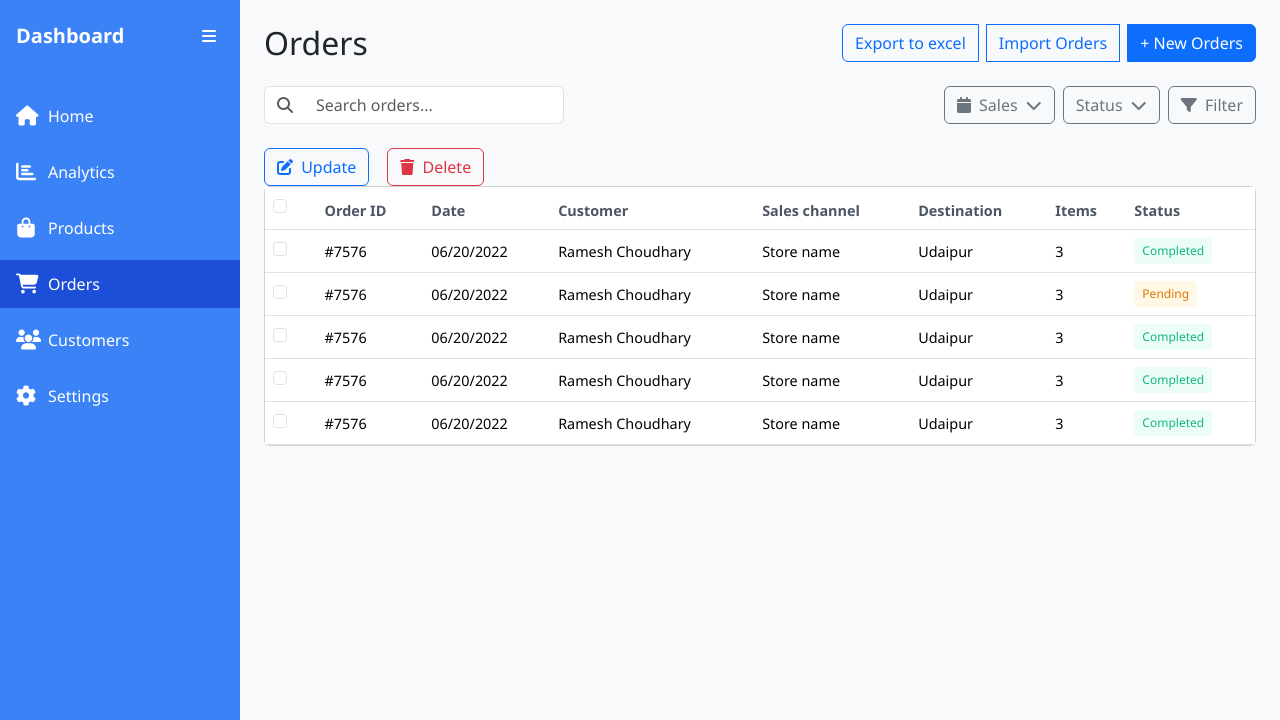
Repository: AditiAjitSalvi/Inventory_Managment
Page: Inventory_Managment_System/Inventory/src/main/webapp/Order.html
An editor plug-in stored every save of this project. The page is shown before and after the next save, followed by the edit.
The browser window is 1280 px wide. The pictures show the whole page.

Above is the page before, as saved 2025-05-22 16:07:41.
Console error: TypeError: Cannot read properties of null (reading 'getContext')

### Inventory_Managment_System/Inventory/src/main/webapp/Order.html

<!DOCTYPE html>
<html lang="en">
<head>
<meta charset="UTF-8">
<meta name="viewport" content="width=device-width, initial-scale=1.0">
<title>Orders</title>
<!-- Bootstrap CSS -->
<link
	href="https://cdn.jsdelivr.net/npm/bootstrap@5.3.2/dist/css/bootstrap.min.css"
	rel="stylesheet">
<!-- Font Awesome for icons -->
<link rel="stylesheet"
	href="https://cdnjs.cloudflare.com/ajax/libs/font-awesome/6.4.2/css/all.min.css">
<!-- Custom CSS -->
<style>
/* Main Layout */
body {
	margin: 0;
	padding: 0;
	background-color: #f8f9fa;
	font-family: 'Segoe UI', Tahoma, Geneva, Verdana, sans-serif;
}

.dashboard-container {
	display: flex;
	min-height: 100vh;
}

/* Sidebar Styles */
.sidebar {
	width: 240px;
	background-color: #3b82f6; /* Blue 600 equivalent */
	color: white;
	transition: all 0.3s ease-in-out;
	display: flex;
	flex-direction: column;
}

.sidebar.collapsed {
	width: 64px;
}

.sidebar-header {
	display: flex;
	justify-content: space-between;
	align-items: center;
	padding: 16px;
}

.sidebar-title {
	font-size: 1.25rem;
	font-weight: bold;
	margin: 0;
}

.sidebar-toggle {
	background: transparent;
	border: none;
	color: white;
	cursor: pointer;
	padding: 8px;
}

.sidebar-toggle:hover {
	background-color: rgba(255, 255, 255, 0.1);
	border-radius: 4px;
}

.sidebar-menu {
	display: flex;
	flex-direction: column;
	padding-top: 16px;
}

.sidebar-link {
	display: flex;
	align-items: center;
	padding: 12px 16px;
	text-decoration: none;
	color: white;
	margin: 4px 0;
	transition: background-color 0.2s;
}

.sidebar-link:hover {
	background-color: #2563eb; /* Blue 700 equivalent */
	color: white;
}

.sidebar-link.active {
	background-color: #1d4ed8; /* Blue 800 equivalent */
	color: white;
}

.sidebar-link i {
	font-size: 1.25rem;
	width: 20px;
	text-align: center;
}

.sidebar-link .link-text {
	margin-left: 12px;
	white-space: nowrap;
}

.sidebar.collapsed .sidebar-title, .sidebar.collapsed .link-text {
	display: none;
}

/* Main Content */
.main-content {
	flex: 1;
	padding: 24px;
	overflow-y: auto;
}

/* Stat Cards */
.stat-card {
	border-radius: 8px;
	border: 1px solid rgba(0, 0, 0, 0.125);
	box-shadow: 0 1px 3px rgba(0, 0, 0, 0.1);
}

.stat-icon {
	font-size: 1.25rem;
	color: #6b7280; /* Text muted equivalent */
}

.stat-title {
	font-size: 0.875rem;
	color: #6b7280; /* Text muted equivalent */
	margin-bottom: 4px;
}

.stat-value {
	font-size: 1.5rem;
	font-weight: bold;
	margin: 0;
}

/* Chart Container */
.chart-container {
	height: 320px;
	width: 100%;
}

/* Product Visualization */
.product-visualization {
	height: 256px;
	background-color: #312e81; /* Indigo 950 equivalent */
	border-radius: 50%;
}

/* Status Badges */
.status {
	padding: 4px 8px;
	border-radius: 4px;
	font-size: 0.75rem;
	font-weight: 500;
	display: inline-block;
	text-align: center;
}

.status.pending {
	background-color: #fff8e6;
	color: #d97706; /* Amber 500 equivalent */
}

.status.urgent {
	background-color: #fef2f2;
	color: #ef4444; /* Red 500 equivalent */
}

.status.completed {
	background-color: #ecfdf5;
	color: #10b981; /* Green 500 equivalent */
}

/* Orders Page Styles */
.orders-container {
	max-width: 100%;
	margin: 0 auto;
}

.search-wrapper {
	width: 300px;
}

.order-table {
	font-size: 0.9rem;
}

.order-table th {
	font-weight: 600;
	color: #4b5563;
	border-bottom-width: 1px;
}

.order-table td {
	vertical-align: middle;
}

.order-table .form-check {
	margin: 2;
}

/* Responsive Adjustments */
@media ( max-width : 768px) {
	.sidebar {
		width: 64px;
	}
	.sidebar .sidebar-title, .sidebar .link-text {
		display: none;
	}
	.main-content {
		padding: 16px;
	}
	.orders-container .btn-group {
		display: flex;
		flex-direction: column;
	}
	.orders-container .btn-group .btn {
		margin-bottom: 8px;
		margin-right: 0 !important;
	}
	.search-wrapper {
		width: 100%;
		margin-bottom: 16px;
	}
}
.action-buttons {
    position: absolute; right: 20px;    top: 150px; display: flex;    gap: 10px;
}
@media ( max-width : 992px) {
	.orders-container .d-flex {
		flex-direction: column;
	}
	.orders-container .d-flex .btn {
		margin-bottom: 8px;
	}
}
.card:hover {
  transform: translateY(-5px);
  box-shadow: 0 10px 20px rgba(0, 0, 0, 0.1);
  transition: 0.3s ease;
}

</style>
</head>
<body>
	<div class="dashboard-container">
		<!-- Sidebar -->
		<div class="sidebar" id="sidebar">
			<div class="sidebar-header">
				<h2 class="sidebar-title">Dashboard</h2>
				<button class="btn sidebar-toggle" id="sidebarToggle">
					<i class="fa fa-bars"></i>
				</button>
			</div>
			<div class="sidebar-menu">
				<a href="index.html" class="sidebar-link"> <i class="fa fa-home"></i>
					<span class="link-text">Home</span>
				</a> <a href="#" class="sidebar-link"> <i class="fa fa-chart-bar"></i>
					<span class="link-text">Analytics</span>
				</a> <a href="#" class="sidebar-link"> <i class="fa fa-shopping-bag"></i>
					<span class="link-text">Products</span>
				</a> <a href="orders.html" class="sidebar-link active"> <i
					class="fa fa-shopping-cart"></i> <span class="link-text">Orders</span>
				</a> <a href="#" class="sidebar-link"> <i class="fa fa-users"></i> <span
					class="link-text">Customers</span>
				</a> <a href="#" class="sidebar-link"> <i class="fa fa-cog"></i> <span
					class="link-text">Settings</span>
				</a>
			</div>
		</div>

		<!-- Main Content -->
		<div class="main-content">
			<div class="orders-container">
				<div class="d-flex justify-content-between align-items-center mb-4">
					<h2 class="m-0">Orders</h2>
					<div class="btn-group">
						<button class="btn btn-outline-primary me-2">Export to
							excel</button>
						<button class="btn btn-outline-primary me-2">Import
							Orders</button>
						<button class="btn btn-primary">+ New Orders</button>
					</div>
				</div>

				<div class="d-flex justify-content-between align-items-center mb-4">
					<div class="search-wrapper">
						<div class="input-group">
							<span class="input-group-text bg-white border-end-0"> <i
								class="fa fa-search text-muted"></i>
							</span> <input type="text" class="form-control border-start-0"
								placeholder="Search orders...">
						</div>
					</div>
					<div class="d-flex">
						<button class="btn btn-outline-secondary me-2">
							<i class="fa fa-calendar me-1"></i> <span>Sales</span> <i
								class="fa fa-chevron-down ms-1"></i>
						</button>
						<button class="btn btn-outline-secondary me-2">
							<span>Status</span> <i class="fa fa-chevron-down ms-1"></i>
						</button>
						<button class="btn btn-outline-secondary">
							<i class="fa fa-filter me-1"></i> <span>Filter</span>
						</button>
					</div>
				</div>
				<div class="d-flex" style=" right: 50px;    top: 150px; display: flex;    gap: 10px;">
					<button class="btn btn-outline-primary me-2">
						<i class="fa fa-edit me-1"></i> <span>Update</span>
					</button>
					<button class="btn btn-outline-danger">
						<i class="fa fa-trash me-1"></i> <span>Delete</span>
					</button>
				</div>


				<div class="card">
					<div class="card-body p-0">
						<div class="table-responsive">
							<table class="table order-table mb-0">
								<thead>
									<tr>
										<th>
											<div class="form-check">
												<input class="form-check-input" type="checkbox"
													id="selectAll"> <label class="form-check-label"
													for="selectAll"></label>
											</div>
										</th>
										<th>Order ID</th>
										<th>Date</th>
										<th>Customer</th>
										<th>Sales channel</th>
										<th>Destination</th>
										<th>Items</th>
										<th>Status</th>
									</tr>
								</thead>
								<tbody>
									<tr>
										<td>
											<div class="form-check">
												<input class="form-check-input" type="checkbox"> <label
													class="form-check-label"></label>
											</div>
										</td>
										<td>#7576</td>
										<td>06/20/2022</td>
										<td>Ramesh Choudhary</td>
										<td>Store name</td>
										<td>Udaipur</td>
										<td>3</td>
										<td><span class="status completed">Completed</span></td>
									</tr>
									<tr>
										<td>
											<div class="form-check">
												<input class="form-check-input" type="checkbox"> <label
													class="form-check-label"></label>
											</div>
										</td>
										<td>#7576</td>
										<td>06/20/2022</td>
										<td>Ramesh Choudhary</td>
										<td>Store name</td>
										<td>Udaipur</td>
										<td>3</td>
										<td><span class="status pending">Pending</span></td>
									</tr>
									<tr>
										<td>
											<div class="form-check">
												<input class="form-check-input" type="checkbox"> <label
													class="form-check-label"></label>
											</div>
										</td>
										<td>#7576</td>
										<td>06/20/2022</td>
										<td>Ramesh Choudhary</td>
										<td>Store name</td>
										<td>Udaipur</td>
										<td>3</td>
										<td><span class="status completed">Completed</span></td>
									</tr>
									<tr>
										<td>
											<div class="form-check">
												<input class="form-check-input" type="checkbox"> <label
													class="form-check-label"></label>
											</div>
										</td>
										<td>#7576</td>
										<td>06/20/2022</td>
										<td>Ramesh Choudhary</td>
										<td>Store name</td>
										<td>Udaipur</td>
										<td>3</td>
										<td><span class="status completed">Completed</span></td>
									</tr>
									<tr>
										<td>
											<div class="form-check">
												<input class="form-check-input" type="checkbox"> <label
													class="form-check-label"></label>
											</div>
										</td>
										<td>#7576</td>
										<td>06/20/2022</td>
										<td>Ramesh Choudhary</td>
										<td>Store name</td>
										<td>Udaipur</td>
										<td>3</td>
										<td><span class="status completed">Completed</span></td>
									</tr>
								</tbody>
							</table>
						</div>
					</div>
				</div>
			</div>
		</div>
	</div>

	<!-- Bootstrap Bundle with Popper -->
	<script
		src="https://cdn.jsdelivr.net/npm/bootstrap@5.3.2/dist/js/bootstrap.bundle.min.js"></script>
	<!-- Custom JS -->

	<script>
 // Wait for the DOM to be fully loaded
    document.addEventListener('DOMContentLoaded', function() {
        // Sidebar toggle functionality
        const sidebarToggle = document.getElementById('sidebarToggle');
        const sidebar = document.getElementById('sidebar');

        sidebarToggle.addEventListener('click', function() {
            sidebar.classList.toggle('collapsed');
        });

        // Check if we're on mobile
        function checkMobile() {
            if (window.innerWidth < 768) {
                sidebar.classList.add('collapsed');
            } else {
                sidebar.classList.remove('collapsed');
            }
        }

        // Initial check
        checkMobile();

        // Listen for window resize
        window.addEventListener('resize', checkMobile);

        // Initialize Sales Chart
        const salesChartCtx = document.getElementById('salesChart').getContext('2d');
        const salesChart = new Chart(salesChartCtx, {
            type: 'bar',
            data: {
                labels: ['Jan', 'Feb', 'Mar', 'Apr'],
                datasets: [
                    {
                        label: 'Previous',
                        data: [65, 75, 85, 90],
                        backgroundColor: '#FFD700', // Gold color
                    },
                    {
                        label: 'Current',
                        data: [80, 65, 70, 75],
                        backgroundColor: '#6366F1', // Indigo color
                    }
                ]
            },
            options: {
                responsive: true,
                maintainAspectRatio: false,
                scales: {
                    y: {
                        beginAtZero: true,
                        grid: {
                            drawBorder: false,
                            color: 'rgba(200, 200, 200, 0.2)',
                        }
                    },
                    x: {
                        grid: {
                            display: false
                        }
                    }
                },
                plugins: {
                    legend: {
                        position: 'top',
                    }
                }
            }
        });
    });
    document.addEventListener('DOMContentLoaded', function() {
        // Select all checkbox functionality
        const selectAllCheckbox = document.getElementById('selectAll');
        if (selectAllCheckbox) {
            selectAllCheckbox.addEventListener('change', function() {
                const checkboxes = document.querySelectorAll('table .form-check-input');
                checkboxes.forEach(checkbox => {
                    checkbox.checked = selectAllCheckbox.checked;
                });
            });
        }

        // Individual checkbox change handler
        const checkboxes = document.querySelectorAll('table .form-check-input:not(#selectAll)');
        checkboxes.forEach(checkbox => {
            checkbox.addEventListener('change', function() {
                const allChecked = Array.from(checkboxes).every(cb => cb.checked);
                const someChecked = Array.from(checkboxes).some(cb => cb.checked);

                if (selectAllCheckbox) {
                    selectAllCheckbox.checked = allChecked;
                    selectAllCheckbox.indeterminate = someChecked && !allChecked;
                }
            });
        });

        // Search functionality
        const searchInput = document.querySelector('.search-wrapper input');
        if (searchInput) {
            searchInput.addEventListener('input', function() {
                const searchText = searchInput.value.toLowerCase();
                const rows = document.querySelectorAll('tbody tr');

                rows.forEach(row => {
                    const text = row.textContent.toLowerCase();
                    if (text.includes(searchText)) {
                        row.style.display = '';
                    } else {
                        row.style.display = 'none';
                    }
                });
            });
        }
    });
    </script>
</body>
</html>

After the next save:
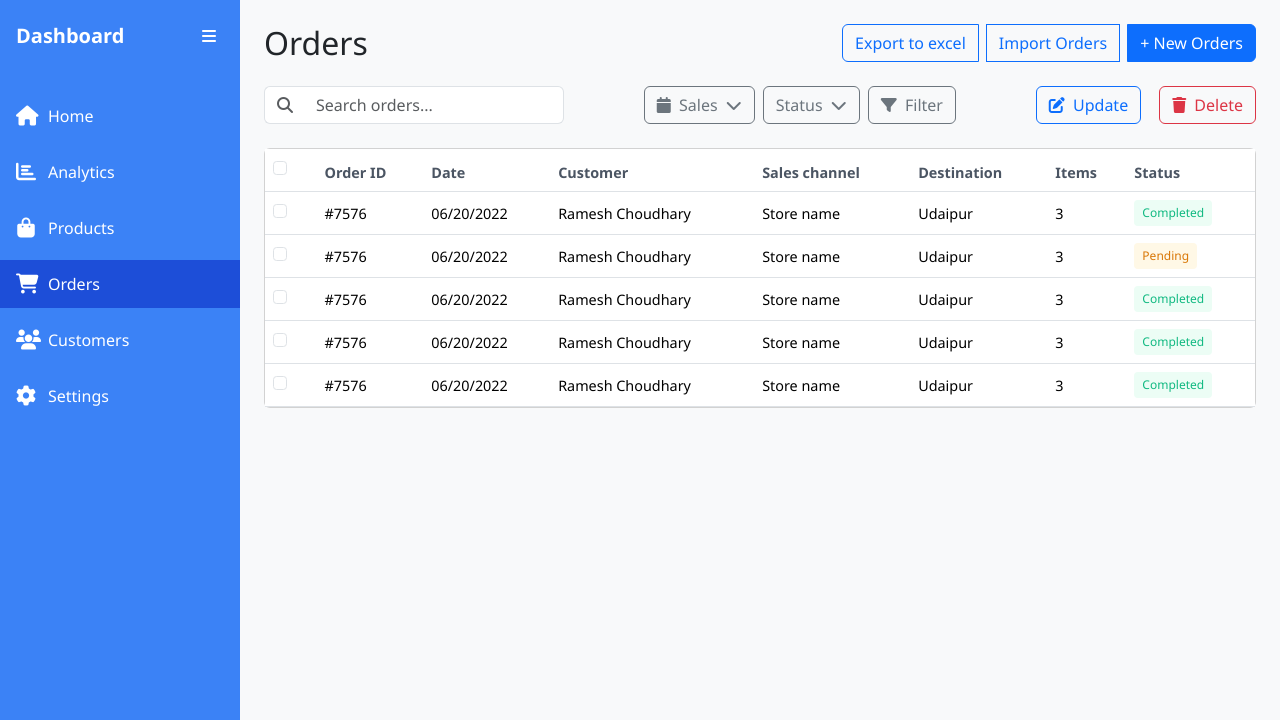
Saved 10 s later.
--- a/Inventory_Managment_System/Inventory/src/main/webapp/Order.html
+++ b/Inventory_Managment_System/Inventory/src/main/webapp/Order.html
@@ -229,9 +229,15 @@ body {
 		margin-bottom: 16px;
 	}
 }
+
 .action-buttons {
-    position: absolute; right: 20px;    top: 150px; display: flex;    gap: 10px;
-}
+	position: absolute;
+	right: 20px;
+	top: 150px;
+	display: flex;
+	gap: 10px;
+}
+
 @media ( max-width : 992px) {
 	.orders-container .d-flex {
 		flex-direction: column;
@@ -240,12 +246,12 @@ body {
 		margin-bottom: 8px;
 	}
 }
+
 .card:hover {
-  transform: translateY(-5px);
-  box-shadow: 0 10px 20px rgba(0, 0, 0, 0.1);
-  transition: 0.3s ease;
-}
-
+	transform: translateY(-5px);
+	box-shadow: 0 10px 20px rgba(0, 0, 0, 0.1);
+	transition: 0.3s ease;
+}
 </style>
 </head>
 <body>
@@ -310,16 +316,17 @@ body {
 							<i class="fa fa-filter me-1"></i> <span>Filter</span>
 						</button>
 					</div>
+
+					<div class="d-flex"
+						style="right: 50px; top: 150px; display: flex; gap: 10px;">
+						<button class="btn btn-outline-primary me-2">
+							<i class="fa fa-edit me-1"></i> <span>Update</span>
+						</button>
+						<button class="btn btn-outline-danger">
+							<i class="fa fa-trash me-1"></i> <span>Delete</span>
+						</button>
+					</div>
 				</div>
-				<div class="d-flex" style=" right: 50px;    top: 150px; display: flex;    gap: 10px;">
-					<button class="btn btn-outline-primary me-2">
-						<i class="fa fa-edit me-1"></i> <span>Update</span>
-					</button>
-					<button class="btn btn-outline-danger">
-						<i class="fa fa-trash me-1"></i> <span>Delete</span>
-					</button>
-				</div>
-
 
 				<div class="card">
 					<div class="card-body p-0">
